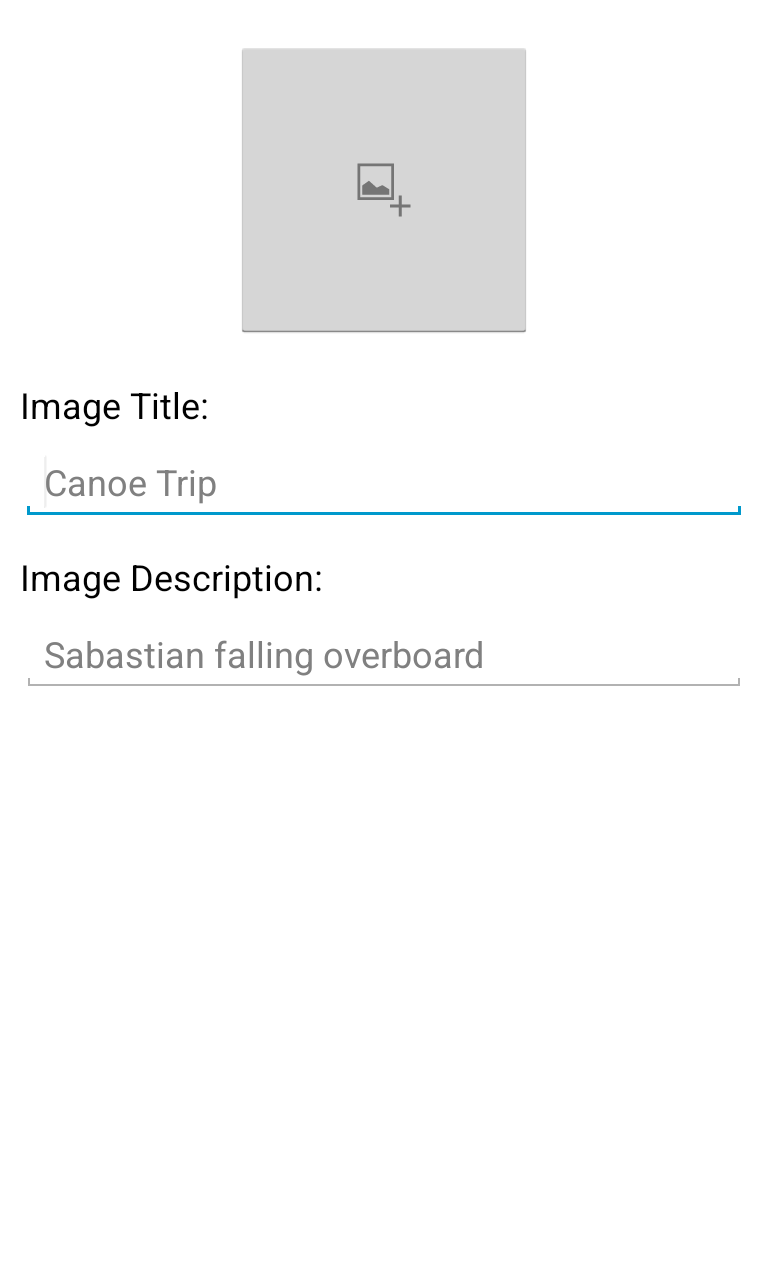
Repository: laurenelder/MDF3
Layout: Week 4/PhotoLocationApp/res/layout/activity_form.xml
An editor plug-in stored every save of this project. The layout is shown before and after the next save, followed by the edit.
It is drawn on a 768 x 1280 px phone screen (xhdpi) without system bars, with theme AppTheme; the app's code is not run.

Above is the layout before, as saved 2014-09-24 01:51:36.

After the next save:
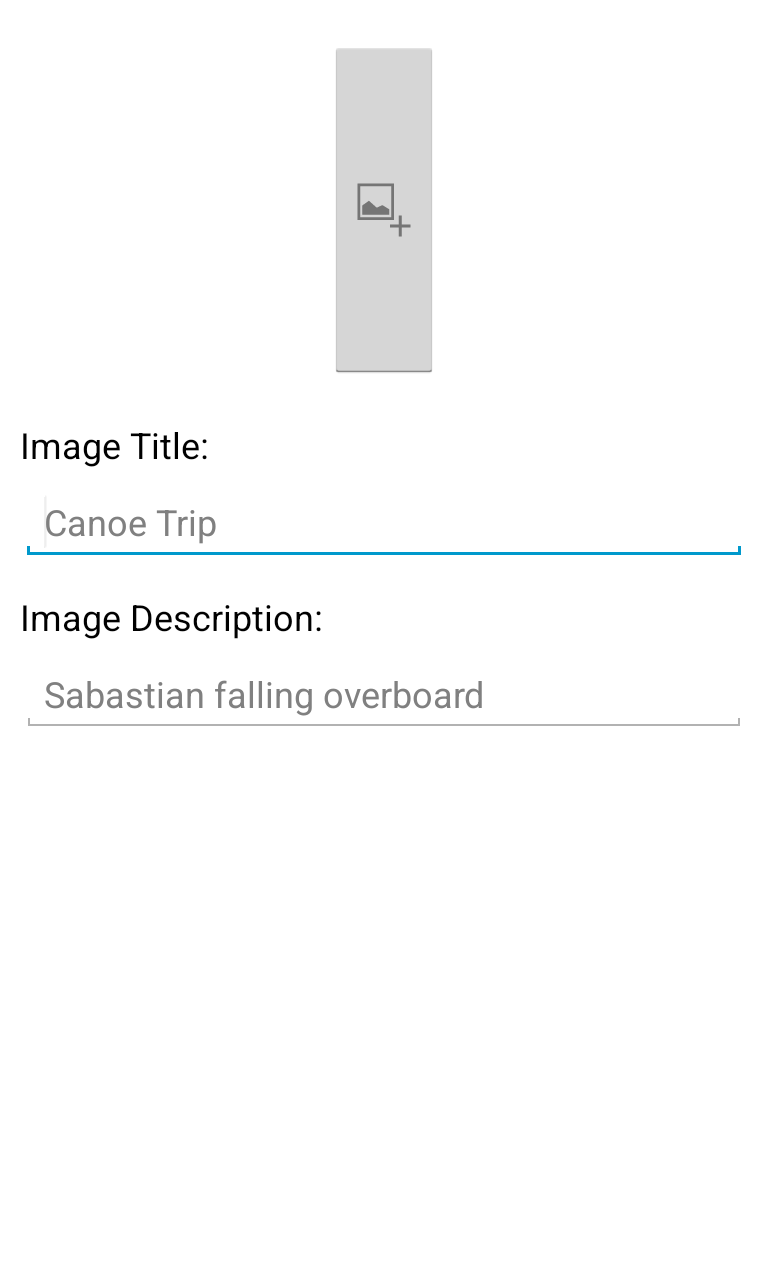
Saved 119 s later.
--- a/Week 4/PhotoLocationApp/res/layout/activity_form.xml
+++ b/Week 4/PhotoLocationApp/res/layout/activity_form.xml
@@ -6,8 +6,8 @@
 
     <ImageButton
         android:id="@+id/addImage"
-        android:layout_width="150dp"
-        android:layout_height="150dp"
+        android:layout_width="wrap_content"
+        android:layout_height="170dp"
         android:layout_gravity="center"
         android:layout_marginTop="20dp"
         android:scaleType="centerInside"
